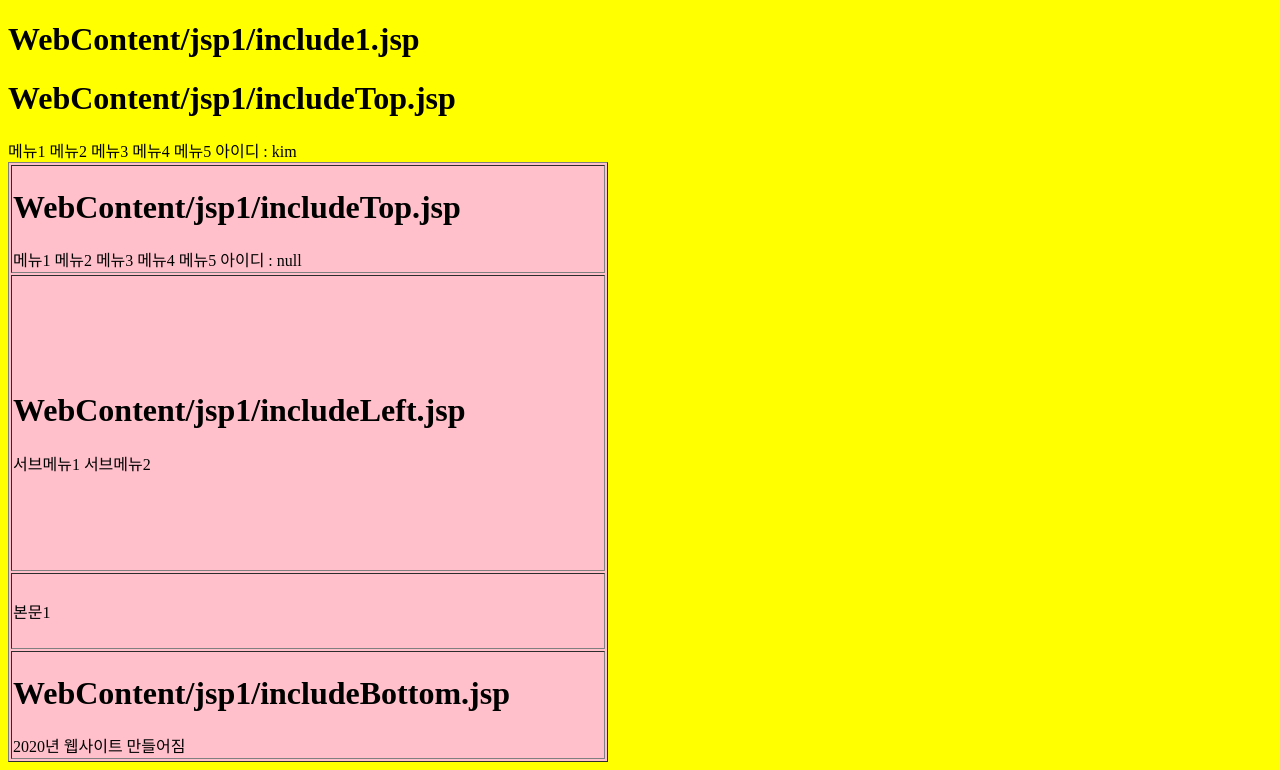
Repository: ReadStar/workspace_jsp
Page: http://localhost/StudyJSP/jsp1/include1.jsp
These files come from the project's save history. The page is drawn as it stood at one moment and after the next save; the edit follows.
The browser window is 1280 px wide. The pictures show the whole page.
The page is served by Tomcat 9. Other server files are loaded and not shown.

Above is the page before, as saved 2020-08-13 03:21:37.

### StudyJSP/WebContent/jsp1/include1.jsp
<%@ page language="java" contentType="text/html; charset=UTF-8"
    pageEncoding="UTF-8"%>
    <%@ include file="includeFile.jspf" %>
<!DOCTYPE html>
<html>
<head>
<meta charset="UTF-8">
<title>Insert title here</title>
</head>
<body bgcolor="<%=color1%>">
<h1>WebContent/jsp1/include1.jsp</h1>
<table border="1" width="600" height="600" bgcolor="<%=color2%>">
<tr><td colspan="2" width="600" height="100"> <jsp:include page="includeTop.jsp"/></td>
<jsp:include page="includeTop.jsp"><jsp:param value="kim" name="id"/>
</jsp:include></tr>
<tr><td width="100" heigt="400"><jsp:include page="includeLeft.jsp"/></td></tr>
				<td>본문1</td>
<tr><td colspan="2" width="600" height="100"><jsp:include page="includeBottom.jsp"/></td></tr>
</table>
</body>
</html>

### StudyJSP/WebContent/jsp1/includeFile.jspf
<%
//WebContent/jsp1/includeFile.jspf
String color1 = "yellow";
String color2 = "Pink";
String color3 = "skyblue";
%>

### StudyJSP/WebContent/jsp1/includeTop.jsp
<%@ page language="java" contentType="text/html; charset=UTF-8"
    pageEncoding="UTF-8"%>
<h1>WebContent/jsp1/includeTop.jsp</h1>
메뉴1 메뉴2 메뉴3 메뉴4 메뉴5  아이디 : <%=request.getParameter("id")%>

### StudyJSP/WebContent/jsp1/includeLeft.jsp
<%@ page language="java" contentType="text/html; charset=UTF-8"
    pageEncoding="UTF-8"%>

<h1>WebContent/jsp1/includeLeft.jsp</h1>
서브메뉴1 서브메뉴2

### StudyJSP/WebContent/jsp1/includeBottom.jsp
<%@ page language="java" contentType="text/html; charset=UTF-8"
    pageEncoding="UTF-8"%>

<h1>WebContent/jsp1/includeBottom.jsp</h1>
2020년 웹사이트 만들어짐

After the next save:
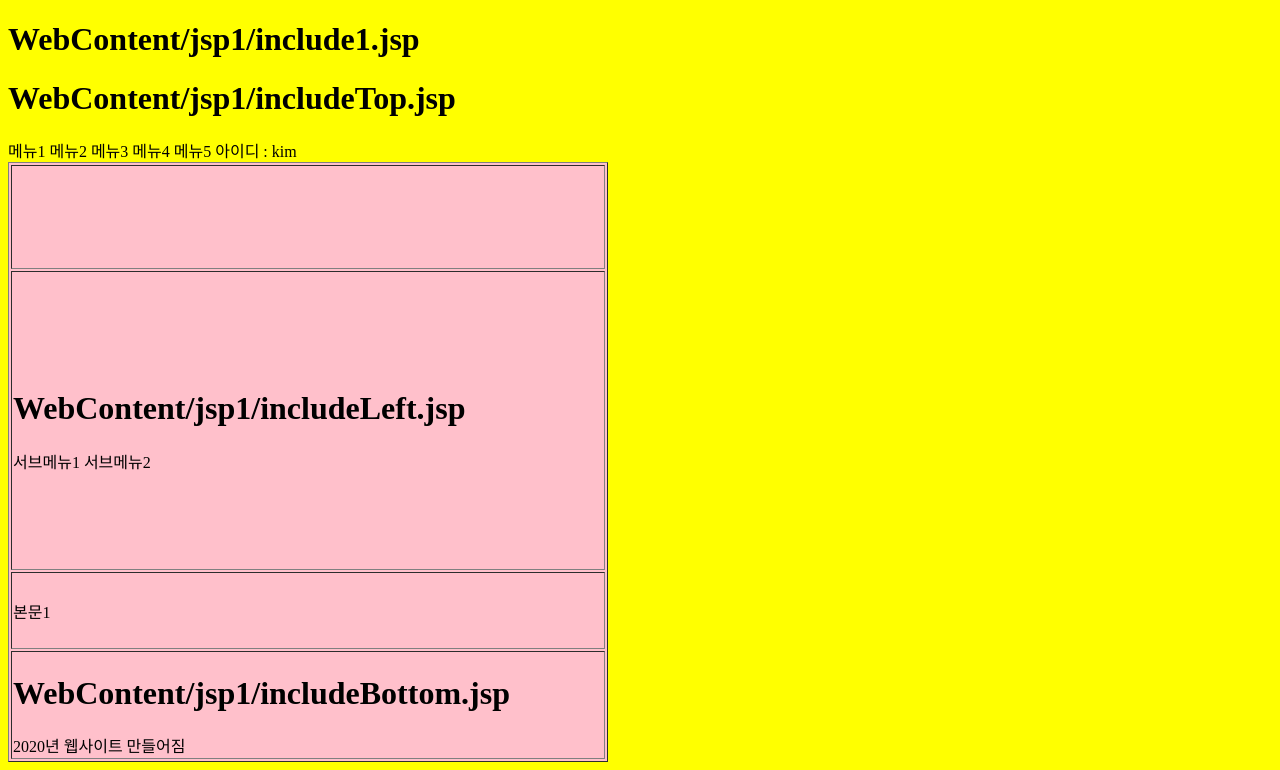
Saved 79 s later.
--- a/StudyJSP/WebContent/jsp1/include1.jsp
+++ b/StudyJSP/WebContent/jsp1/include1.jsp
@@ -10,7 +10,7 @@
 <body bgcolor="<%=color1%>">
 <h1>WebContent/jsp1/include1.jsp</h1>
 <table border="1" width="600" height="600" bgcolor="<%=color2%>">
-<tr><td colspan="2" width="600" height="100"> <jsp:include page="includeTop.jsp"/></td>
+<tr><td colspan="2" width="600" height="100"></td>
 <jsp:include page="includeTop.jsp"><jsp:param value="kim" name="id"/>
 </jsp:include></tr>
 <tr><td width="100" heigt="400"><jsp:include page="includeLeft.jsp"/></td></tr>
